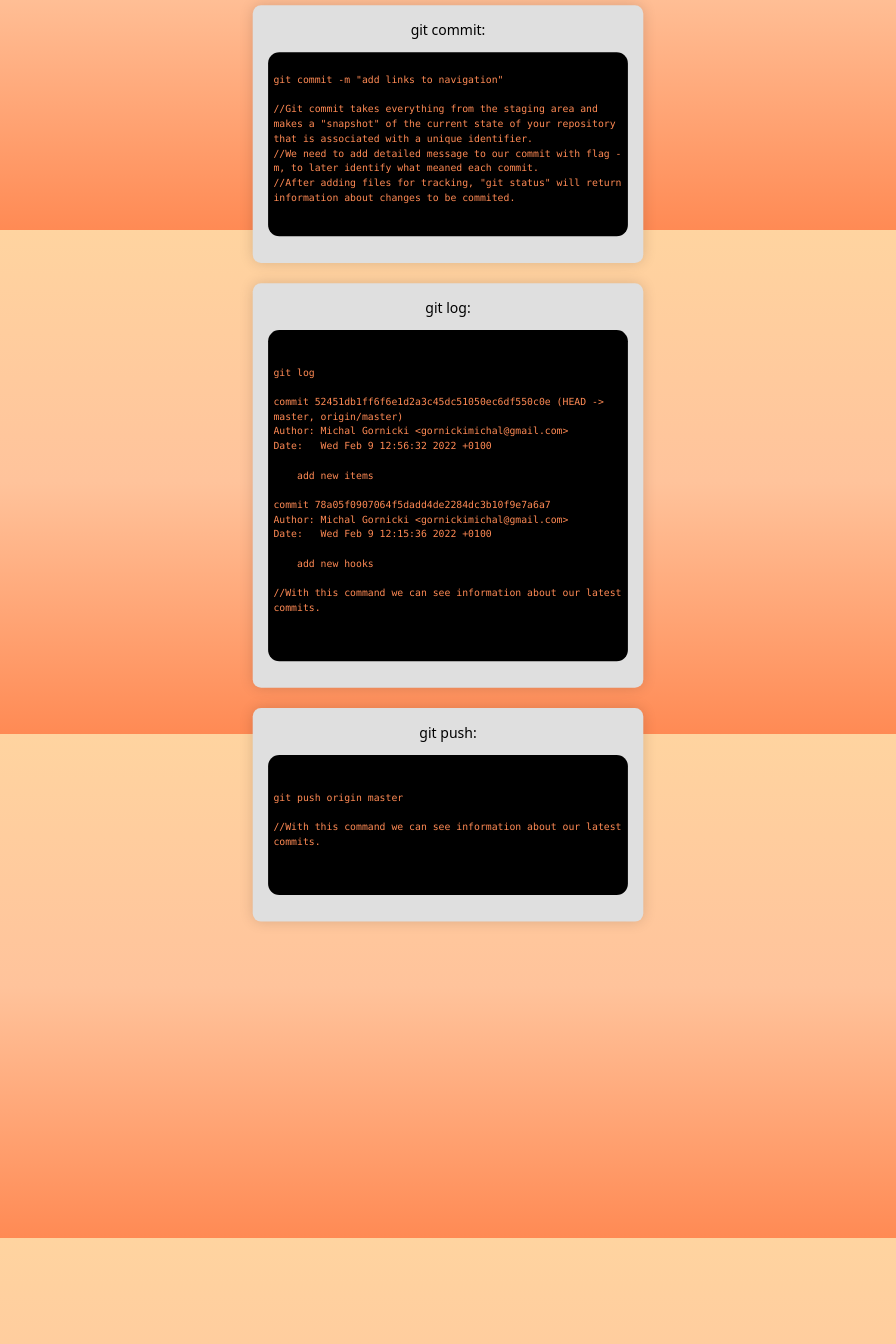
Repository: michalgornicki/git
Page: /
These files come from the project's save history. The page is drawn as it stood at one moment and after a run of saves; the edit follows.
The browser window is 1280 px wide. The pictures show the part of the page from y = 1832 to 3752 px (the page is 3752 px tall before and 3731 px after), at 70% of full size.
Backgrounds fixed to the window are drawn as part of the page. The project was rebuilt for these pictures with package versions that can differ from the ones it lists, and the page was loaded fresh each time. Imported but missing from the stored project, and not drawn on this page: src/components/DOM manipulation.jsx, src/components/async.jsx, src/components/loops.jsx, src/components/numbers.jsx, src/components/variables.jsx, src/components/window.jsx.

Above is the page before, as saved 2022-02-10 08:39:48.

### src/App.jsx
import React from "react";
import "./App.css";
import "bootstrap/dist/css/bootstrap.min.css";
import { Route, HashRouter as Router, Routes, Link } from "react-router-dom";
import Arrays from "./components/arrays.jsx"
import Variables from "./components/variables.jsx"
import Numbers from "./components/numbers.jsx"
import Loops from "./components/loops.jsx"
import Async from "./components/async.jsx"
import DOM from "./components/DOM manipulation.jsx"
import Window from "./components/window.jsx"

function App() {


  return (


    <Router>
    <div className="text-center">
      <div className="display-1 mt-1 mb-5 text-white">Git repeat course</div>

      <div className="h3 d-flex w-75 m-auto my-5 justify-content-evenly flex-wrap text-white">

      <Link className="link-style mx-3" to="/">Basics</Link>
      <Link className="link-style mx-3" to="/Numbers"></Link>
      <Link className="link-style mx-3" to="/Variables"></Link>
      <Link className="link-style mx-3" to="/Loops"></Link>
      <Link className="link-style mx-3" to="/Async"></Link>
      <Link className="link-style mx-3" to="/DOM"></Link>
      <Link className="link-style mx-3" to="/Window"></Link>


      </div>

      <Routes>
          <Route path="/" element={<Arrays />} />
          <Route path="/Numbers" element={<Numbers />} />
          <Route path="/Variables" element={<Variables />} />
          <Route path="/Loops" element={<Loops />} />
          <Route path="/Async" element={<Async />} />
          <Route path="/DOM" element={<DOM />} />
          <Route path="/Window" element={<Window />} />
        </Routes>


    </div>
    </Router>
  );
}

export default App;

### src/App.css
@import url('https://fonts.googleapis.com/css2?family=Catamaran:wght@400&display=swap');

body{
    font-family: 'Catamaran', sans-serif;
    overflow-x: hidden;
    padding-bottom: 80vh;
    height: auto;
    background: linear-gradient(rgb(255, 212, 160), rgb(255, 195, 155), rgb(255, 138, 84));
    background-attachment: fixed;
}

.js-item{
    color:rgb(0, 0, 0);
    font-size: 1.25rem;
    background-color: rgb(223, 223, 223);
    transition: 0.2s;
    padding: 3vh;
    margin-bottom: 4vh!important;
    width: 50%;
    margin-left: auto;
    margin-right: auto;
    box-shadow: 0px 0px 20px rgba(0, 0, 0, 0.15);
    border-radius: 0.75rem;
}

.js-item:hover{
    cursor: pointer;
    background-color: rgb(240, 240, 240);
}

.text-pink{
    padding: 0.5rem;
    margin-top: 1rem;
    margin-bottom: 1rem;
    color:rgb(255, 138, 84)!important;
    font-size: 1rem;
    border-radius: 1rem;
    text-align: left;
    background-color: black;
}

pre {
    white-space: pre-wrap;       /* css-3 */
    white-space: -moz-pre-wrap;  /* Mozilla, since 1999 */
    white-space: -pre-wrap;      /* Opera 4-6 */
    white-space: -o-pre-wrap;    /* Opera 7 */
    word-wrap: break-word;       /* Internet Explorer 5.5+ */
   }

.link-style{
    color: inherit;
    text-decoration: inherit;
}

.link-style:hover{
    color: rgb(255, 138, 84);
}

@media only screen and (max-device-width: 600px), (max-width: 600px) {

    .js-item{
        width: 95%;
    }

}

### src/components/arrays.jsx
const Arrays = () => {

  return (
    <div className="container">
      <div className="js-item">
        {" "}
        <div className="">Setup: </div>
        <div className="text-pink">
          <pre>{`
First you should:
1. Install git from git website:
https://git-scm.com/book/en/v2/Getting-Started-Installing-Git
2. Signup for Github account (or similar alternative like Gitlab) and create new repository.

If you use Microsoft Visual Studio Code (which i recommend) you can skip first point, because it have git built-in.
You can control git using terminal.
          `}</pre>
          </div>
      </div>
      <div className="js-item">
        {" "}
        <div className="">git clone: </div>
        <div className="text-pink">
          <pre>{`
git clone https://github.com/michalgornicki/react.git

//Cloning repo will download all of the project's code and metadata from source.
          `}</pre>
          </div>
      </div>

      <div className="js-item">
        {" "}
        <div className="">git status: </div>
        <div className="text-pink">
          <pre>{`
git status

On branch master
Your branch is up to date with 'origin/master'.

nothing to commit, working tree clean

//Git status show us status of our changes:
//1. On which branch we are working.
//2. Our local branch master is up to date with remote branch master.
//   Origin means place which is "source of truth" of state of our project, which is Github in this case.
//3. Nothing to commit - we didnt add any changes to code yet to "commit".
          `}</pre>
          </div>
      </div>
      <div className="js-item">
        {" "}
        <div className="">git add: </div>
        <div className="text-pink">
          <pre>{`
git add <filename> - add one file for git tracking.

git add . - add all files in working directory for git tracking.

//Git add is adding changes to "staging area".
//When we will add files for tracking, "git status" will return information about changes to be commited.
          `}</pre>
          </div>
      </div>

      <div className="js-item">
        {" "}
        <div className="">git commit: </div>
        <div className="text-pink">
          <pre>{`
git commit -m "add links to navigation"

//Git commit takes everything from the staging area and makes a "snapshot" of the current state of your repository that is associated with a unique identifier.
//We need to add detailed message to our commit with flag -m, to later identify what meaned each commit.
//After adding files for tracking, "git status" will return information about changes to be commited.
          `}</pre>
          </div>
      </div>

      <div className="js-item">
        {" "}
        <div className="">git log: </div>
        <div className="text-pink">
          <pre>{`

git log

commit 52451db1ff6f6e1d2a3c45dc51050ec6df550c0e (HEAD -> master, origin/master)
Author: Michal Gornicki <gornickimichal@gmail.com>
Date:   Wed Feb 9 12:56:32 2022 +0100

    add new items

commit 78a05f0907064f5dadd4de2284dc3b10f9e7a6a7
Author: Michal Gornicki <gornickimichal@gmail.com>
Date:   Wed Feb 9 12:15:36 2022 +0100

    add new hooks

//With this command we can see information about our latest commits.

          `}</pre>
          </div>
      </div>

      <div className="js-item">
        {" "}
        <div className="">git push: </div>
        <div className="text-pink">
          <pre>{`

git push origin master

//With this command we can see information about our latest commits.

          `}</pre>
          </div>
      </div>

      </div>
  );
};

export default Arrays;

Loaded but not shown: public/index.html (common file); src/index.js (common file); src/index.css (common file); src/reportWebVitals.js (common file)

After the next 2 saves:
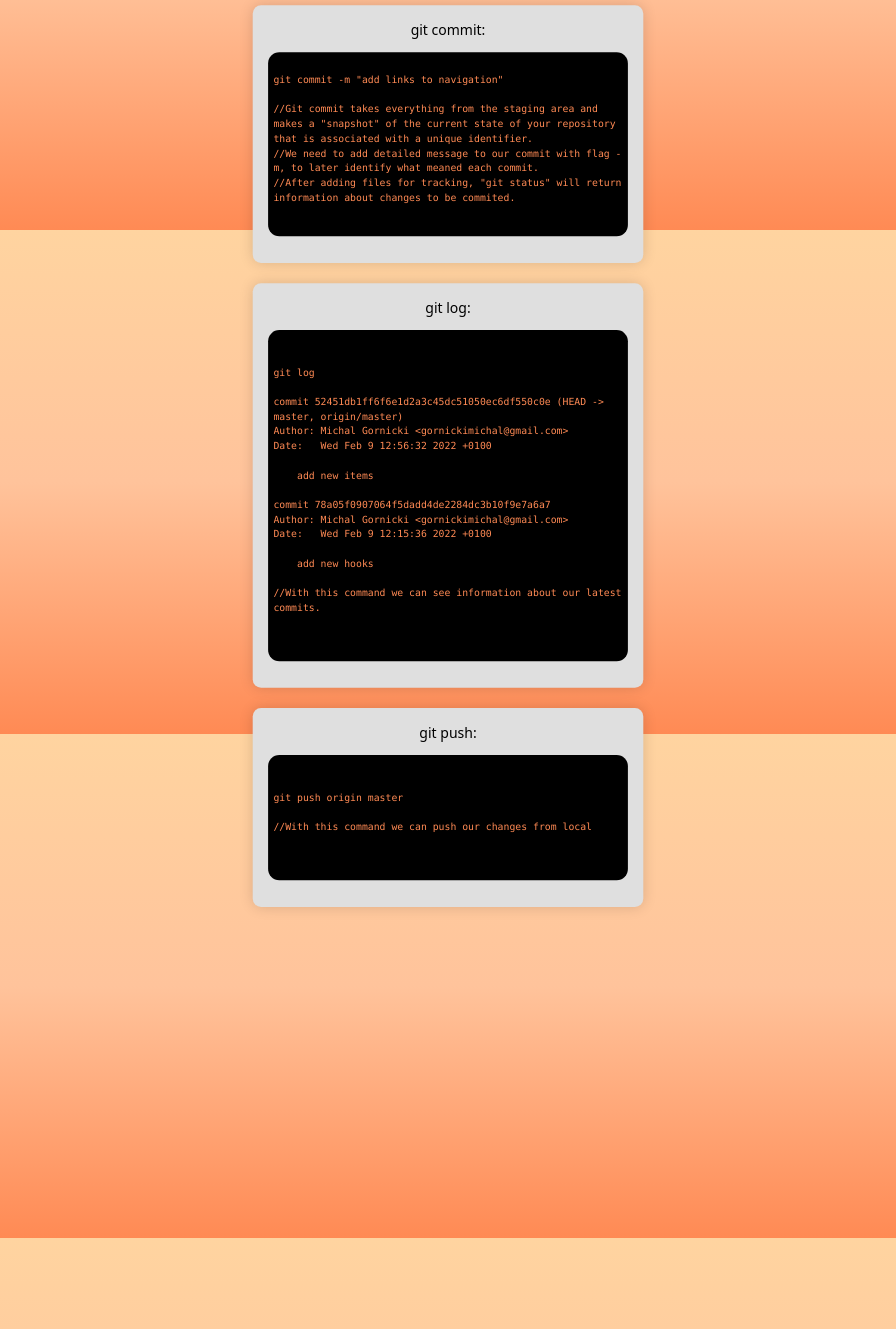
The 2 saves are shown as one change because they came seconds apart.
The last was saved 25 s later.
--- a/src/components/arrays.jsx
+++ b/src/components/arrays.jsx
@@ -112,7 +112,7 @@ Date:   Wed Feb 9 12:15:36 2022 +0100
 
 git push origin master
 
-//With this command we can see information about our latest commits.
+//With this command we can push our changes from local
 
           `}</pre>
           </div>
